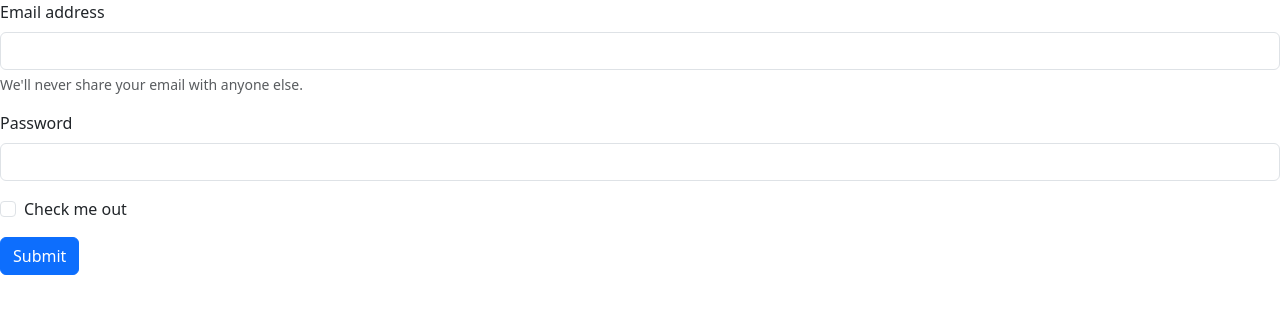
Repository: Vanh260703/Java-Servlet
Page: Bai5_JavaScript/src/main/webapp/bai7.html
The author's editor kept a copy of each file at every save. The page is drawn from the files as they stood at one save, then again after the next save.
The browser window is 1280 px wide. The pictures show the whole page.

Above is the page before, as saved 2025-03-03 08:42:57.

After the next save:
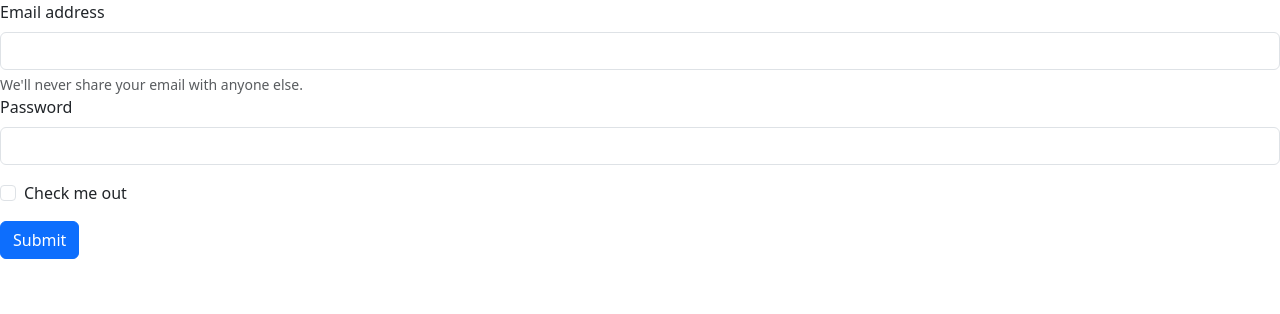
Saved 84 s later.
--- a/Bai5_JavaScript/src/main/webapp/bai7.html
+++ b/Bai5_JavaScript/src/main/webapp/bai7.html
@@ -9,7 +9,7 @@
 </head>
 <body>
 <div class = "form">
-<form>
+<form action = "http://google.com>
   <div class="mb-3">
     <label for="exampleInputEmail1" class="form-label">Email address</label>
     <input type="email" class="form-control" id="exampleInputEmail1" aria-describedby="emailHelp">
@@ -26,6 +26,10 @@
   <button type="submit" class="btn btn-primary">Submit</button>
 </form>
 </div>
+<script type="text/javascript">
+	function my_submit(){
 
+	}
+</script>
 </body>
 </html>

After the save that followed:
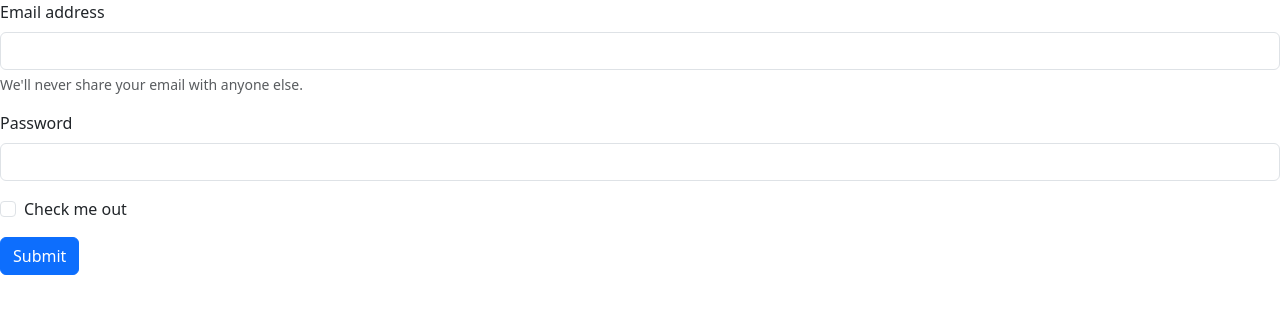
Saved 28 s later.
--- a/Bai5_JavaScript/src/main/webapp/bai7.html
+++ b/Bai5_JavaScript/src/main/webapp/bai7.html
@@ -9,7 +9,7 @@
 </head>
 <body>
 <div class = "form">
-<form action = "http://google.com>
+<form action = "http://google.com">
   <div class="mb-3">
     <label for="exampleInputEmail1" class="form-label">Email address</label>
     <input type="email" class="form-control" id="exampleInputEmail1" aria-describedby="emailHelp">
